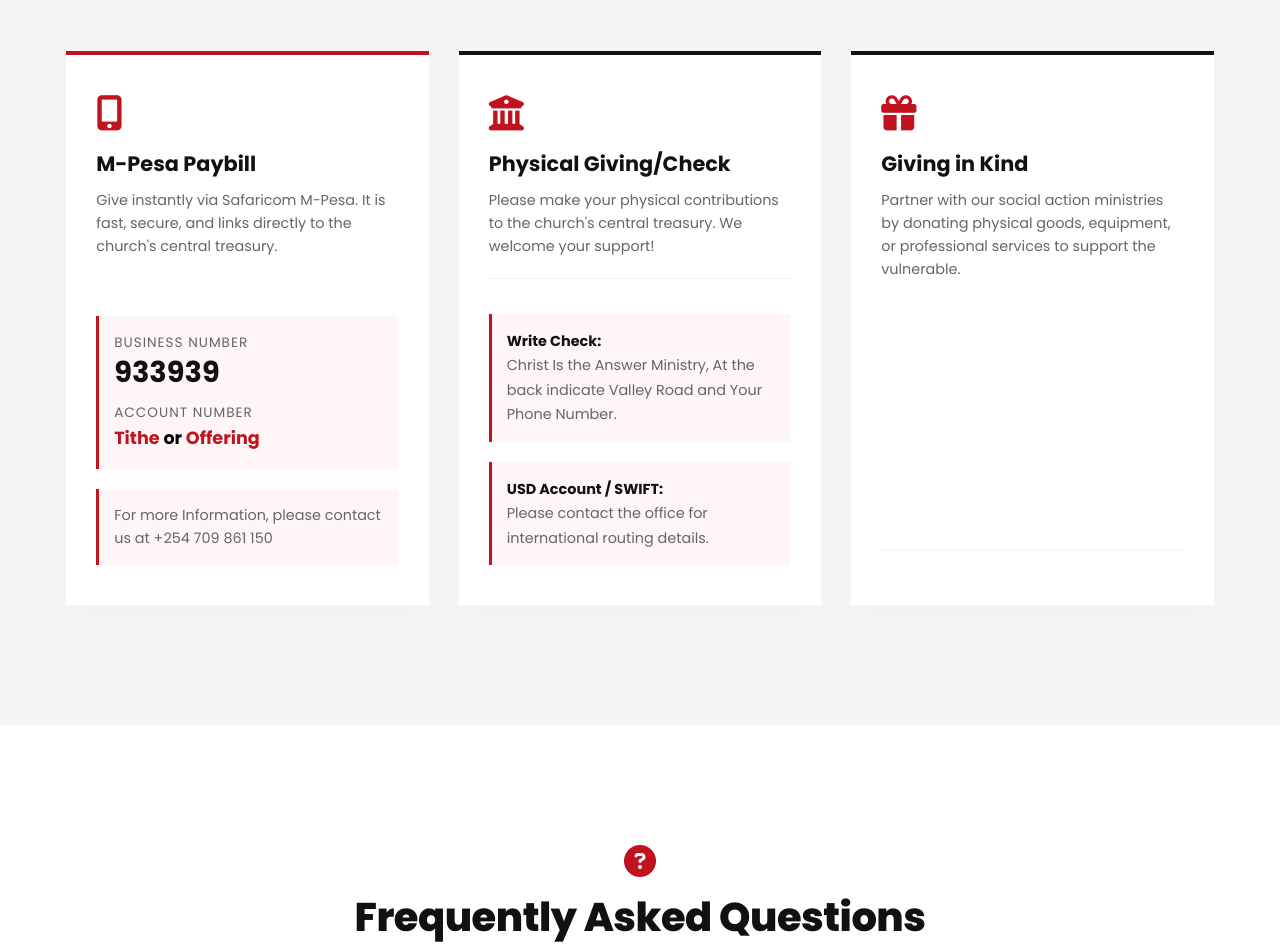
Repository: jereworks/CITAMVRD-Website
Page: give.html
The author's editor kept a copy of each file at every save. The page is drawn from the files as they stood at one save, then again after the next save.
The browser window is 1280 px wide. The pictures show the part of the page from y = 770 to 1722 px (the page is 2565 px tall).

Above is the page before, as saved 2026-06-12 07:51:39.

After the next save:
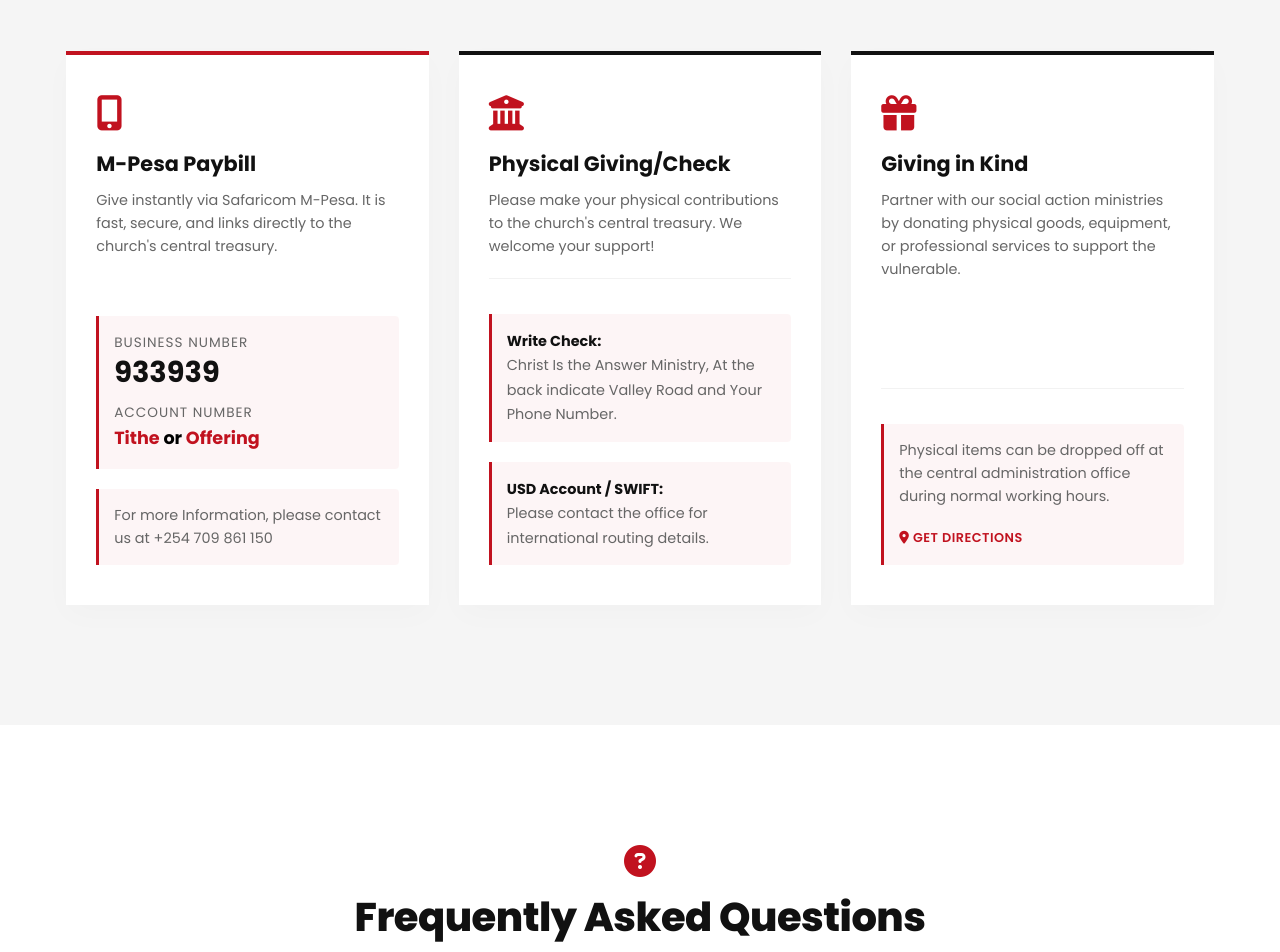
Saved 4 s later.
--- a/give.html
+++ b/give.html
@@ -138,7 +138,10 @@
 
 
                     <div style="border-top: 1px solid rgba(0,0,0,0.05); padding-top: 15px; margin-top: 20px;">
-
+                        <div style="background: rgba(193, 18, 31, 0.04); border-left: 3px solid var(--primary); padding: 15px; margin-top: 20px; border-radius: 0 4px 4px 0;">
+                        <p style="font-size: 0.9rem; margin-bottom: 15px;">Physical items can be dropped off at the central administration office during normal working hours.</p>
+                        <a href="contact.html" class="action-link" style="color: var(--primary);"><i class="fas fa-map-marker-alt"></i> Get Directions</a>
+                    </div>
                     </div>
 
                 </div>
